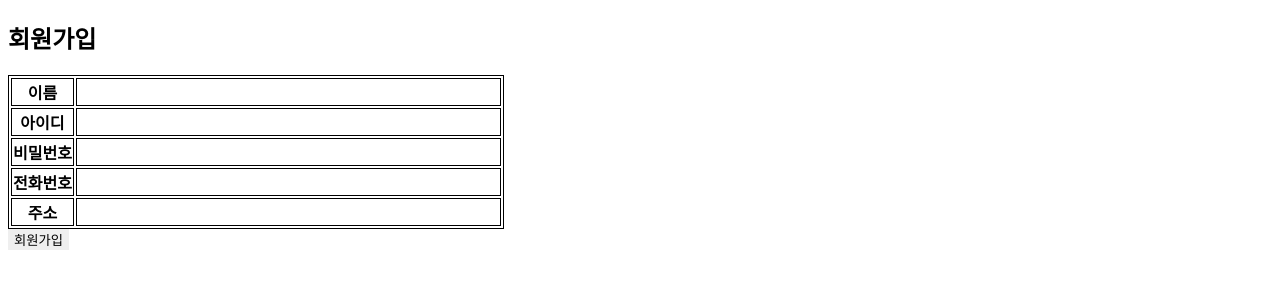
Repository: johwon/jspStudy
Page: jspStudy/src/main/webapp/member/member.html
The author's editor kept a copy of each file at every save. The page is drawn from the files as they stood at one save, then again after the next save.
The browser window is 1280 px wide. The pictures show the whole page.

Above is the page before, as saved 2024-12-03 07:59:18.

### jspStudy/src/main/webapp/member/member.html
<!DOCTYPE html>
<html>
<head>
<meta charset="UTF-8">
<title>회원가입</title>
</head>
<style>
table{
	align : center;
}
table, tr, th, td {
	border: 1px solid black;
}
input {
	border: 0px;
}
h2{
	align : center;
}
</style>
<body>
	<form method="post", action="MemberInsert"></form>
	<h2>회원가입</h2>
	<table>
		<tr>
			<th>이름</th>
			<td><input type="text" name="name" size="50"></td>
		</tr>
		<tr>
			<th>아이디</th>
			<td><input type="text" name="id" size="50"></td>
		</tr>
		<tr>
			<th>비밀번호</th>
			<td><input type="password" name="password" size="50"></td>
		</tr>
		<tr>
			<th>전화번호</th>
			<td><input type="text" name="tel" size="50"></td>
		</tr>
		<tr>
			<th>주소</th>
			<td><input type="text" name="address" size="50"></td>
		</tr>
	</table>
	<input type="submit" value="회원가입">

</body>
</html>

After the next save:
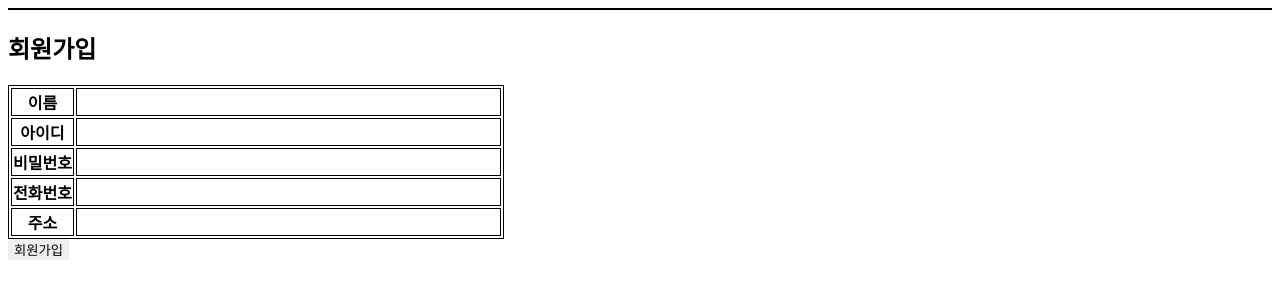
Saved 28 s later.
--- a/jspStudy/src/main/webapp/member/member.html
+++ b/jspStudy/src/main/webapp/member/member.html
@@ -8,7 +8,7 @@
 table{
 	align : center;
 }
-table, tr, th, td {
+form, table, tr, th, td {
 	border: 1px solid black;
 }
 input {
